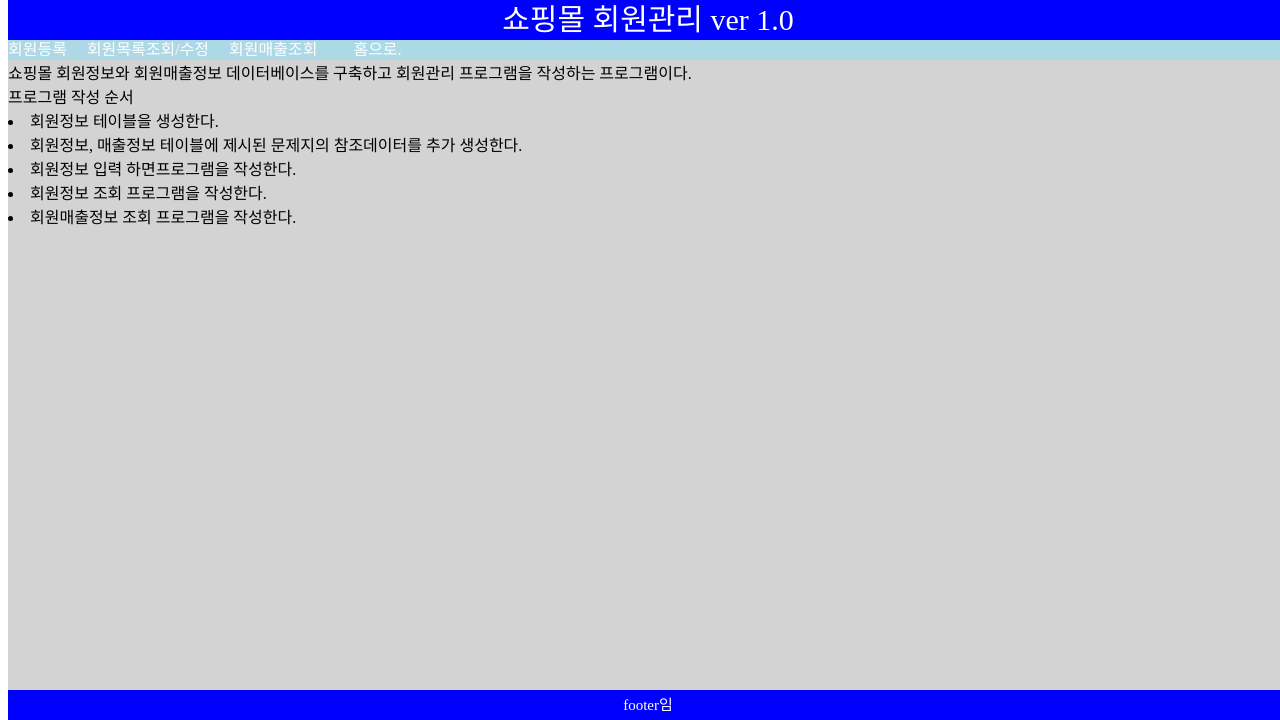
Repository: leesuyeon116/HRD_1
Page: http://localhost/HRD_0416/
These files come from the project's save history. The page is drawn as it stood at one moment and after the next save; the edit follows.
The browser window is 1280 px wide. The pictures show the whole page.
The page is served by Tomcat 9.

Above is the page before, as saved 2024-04-16 07:27:53.

After the next save:
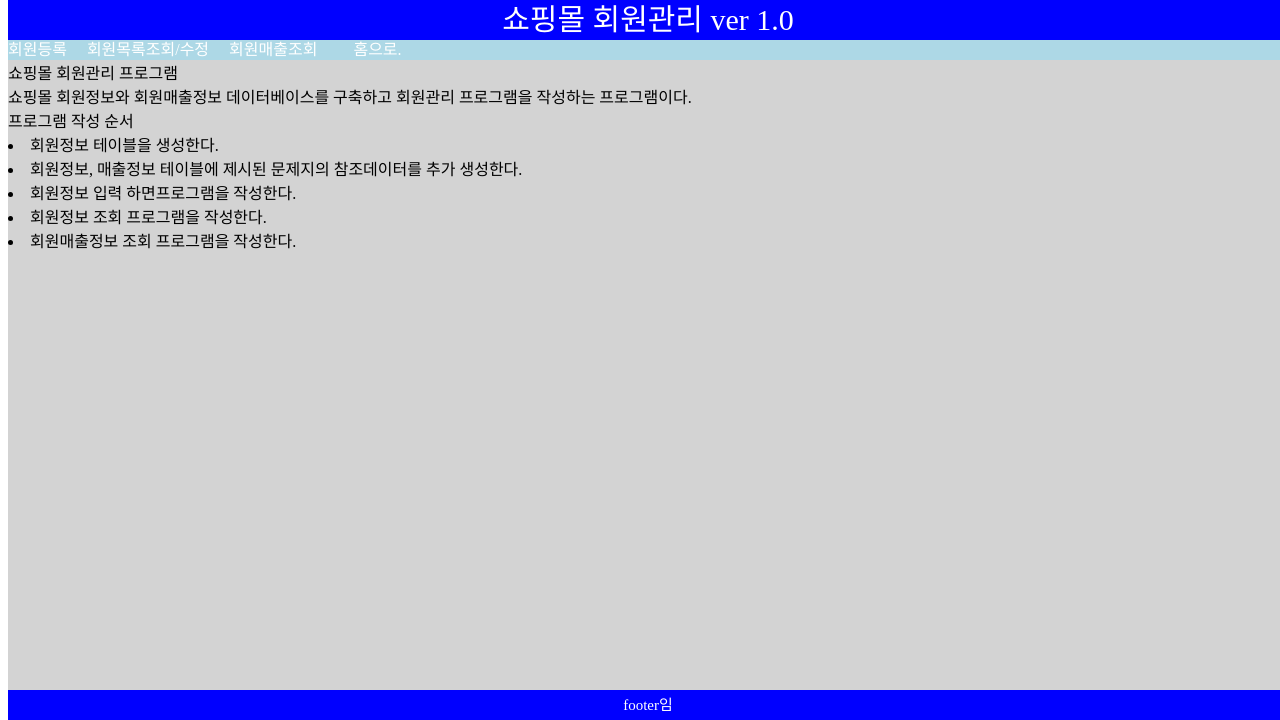
Saved 2 min 2 s later.
--- a/HRD_0416/src/main/webapp/index.jsp
+++ b/HRD_0416/src/main/webapp/index.jsp
@@ -14,8 +14,9 @@
 	회원등록 &nbsp; &nbsp; 회원목록조회/수정 &nbsp; &nbsp; 회원매출조회 &nbsp; &nbsp; &nbsp; &nbsp; 홈으로.</nav>
 
 <section style="position: fixed; top: 60px; width: 100%; height: 100%; background-color: lightgray">
-쇼핑몰 회원정보와 회원매출정보 데이터베이스를 구축하고 회원관리 프로그램을 작성하는 프로그램이다.<br>
-프로그램 작성 순서
+	쇼핑몰 회원관리 프로그램<br>
+	쇼핑몰 회원정보와 회원매출정보 데이터베이스를 구축하고 회원관리 프로그램을 작성하는 프로그램이다.<br>
+	프로그램 작성 순서<br>
 	<li>회원정보 테이블을 생성한다.</li>
 	<li>회원정보, 매출정보 테이블에 제시된 문제지의 참조데이터를 추가 생성한다.</li>
 	<li>회원정보 입력 하면프로그램을 작성한다.</li>
